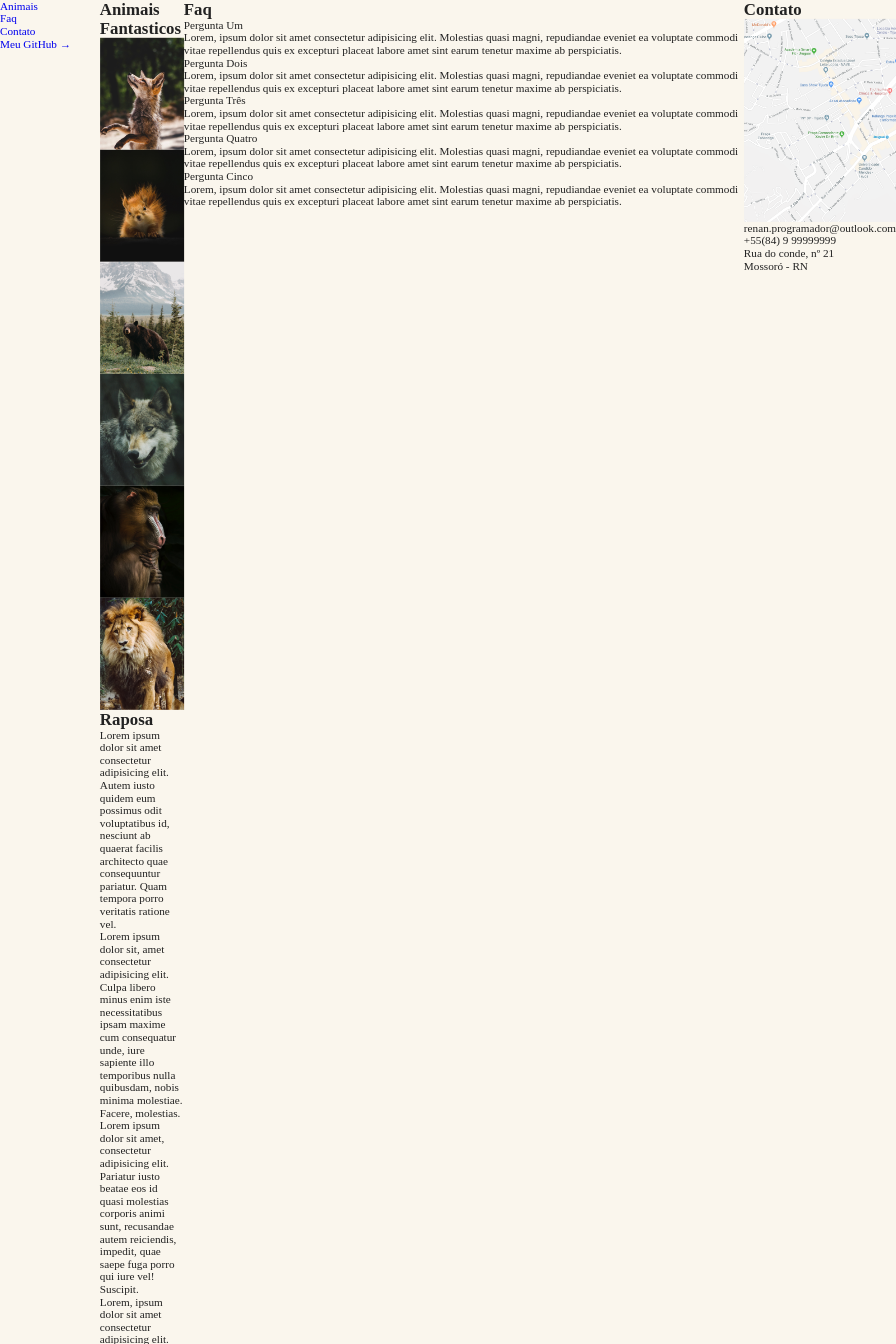
Repository: meiotera/animaisPagina
Page: index.html
These files come from the project's save history. The page is drawn as it stood at one moment and after the next save; the edit follows.
The browser window is 1280 px wide. The pictures show the part of the page from y = 0 to 1920 px (the page is 7908 px tall before and 7872 px after), at 70% of full size.

Above is the page before, as saved 2025-05-02 09:46:05.

After the next save:
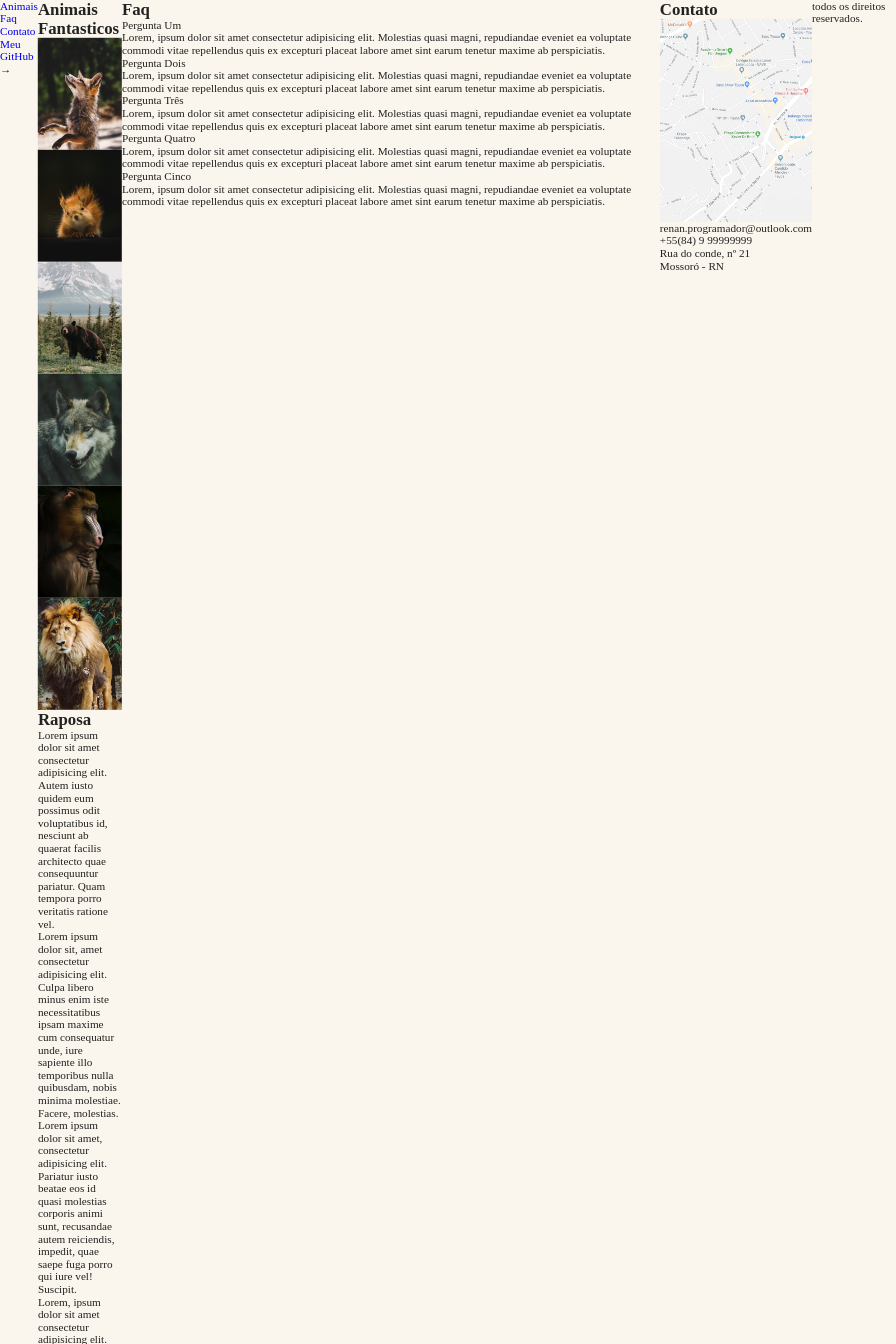
Saved 47 s later.
--- a/css/style.css
+++ b/css/style.css
@@ -24,5 +24,5 @@
   background-color: #faf6ed;
   color: #222;
   display: grid;
-  grid-template-columns: 1fr 120px minmax(300px, 800px) 1fr;
+  grid-template-columns: 1fr 120px minmax(300px, 800px) 1fr 120px;
 }

After the save that followed:
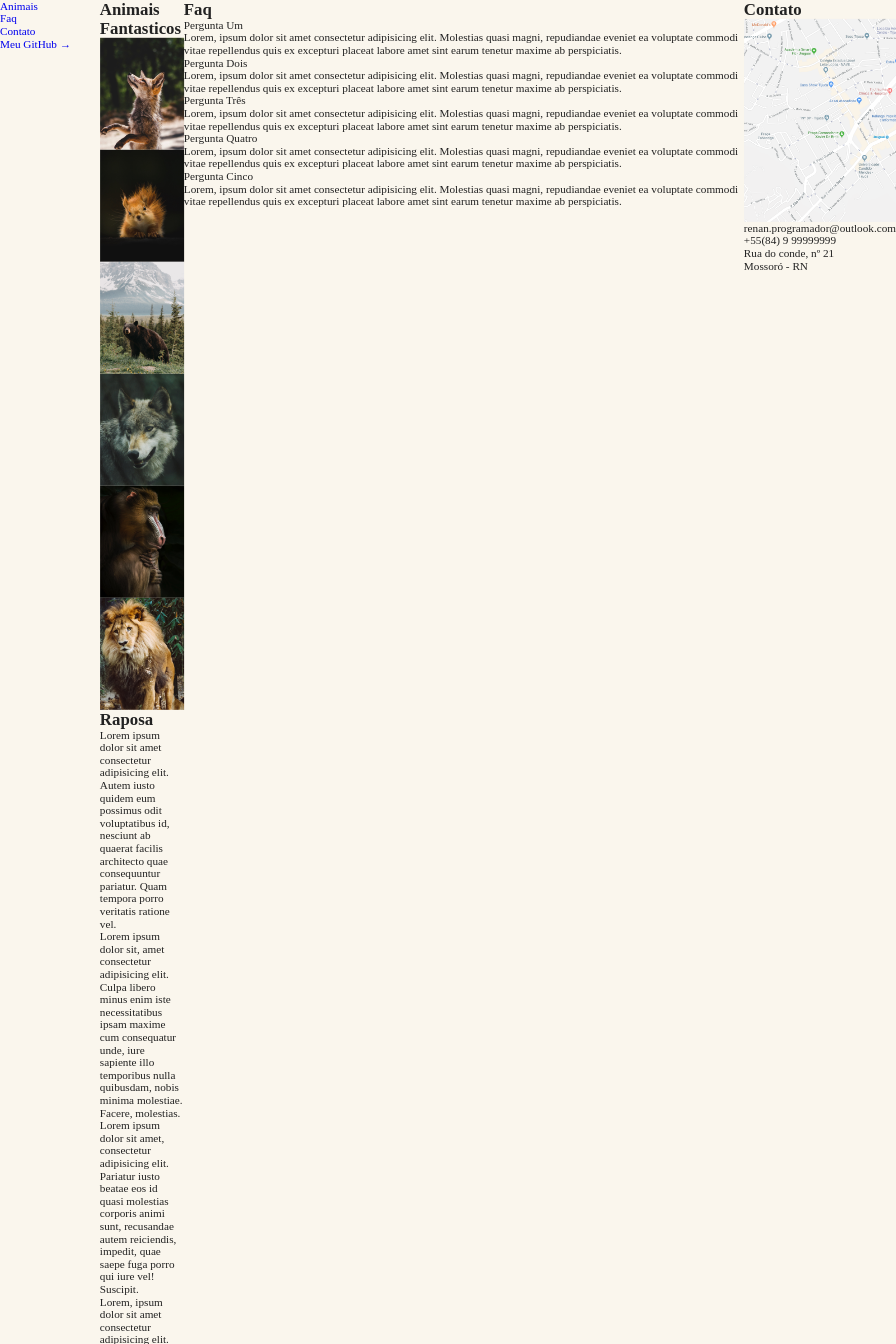
Saved 7 s later.
--- a/css/style.css
+++ b/css/style.css
@@ -24,5 +24,5 @@
   background-color: #faf6ed;
   color: #222;
   display: grid;
-  grid-template-columns: 1fr 120px minmax(300px, 800px) 1fr 120px;
+  grid-template-columns: 1fr 120px minmax(300px, 800px) 1fr;
 }
